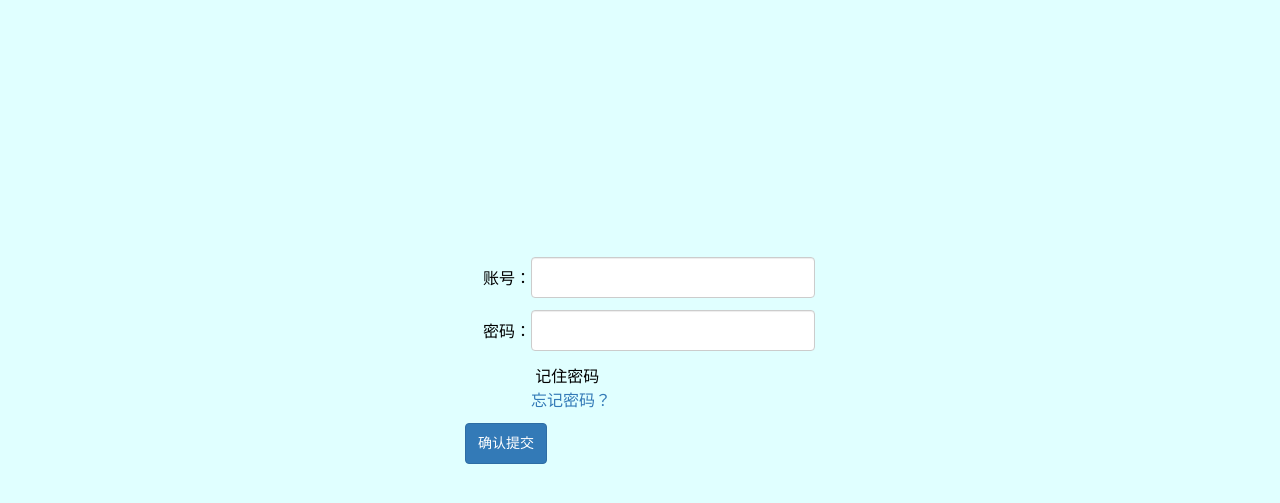
Repository: DeeFromChina/wechat
Page: http://localhost/wechat/jsp/login/login.jsp
These files come from the project's save history. The page is drawn as it stood at one moment and after the next save; the edit follows.
The browser window is 1280 px wide. The pictures show the whole page.
The page is served by Tomcat 9. Other server files are loaded and not shown.

Above is the page before, as saved 2018-02-12 08:04:08.

### wechat/web/jsp/login/login.jsp
<%@ page language="java" import="java.util.*" pageEncoding="UTF-8"%>

<!DOCTYPE HTML PUBLIC "-//W3C//DTD HTML 4.01 Transitional//EN">
<html>
<head>
<%@include file="../common/common.jsp"%>
<title></title>
<meta name="viewport" content="width=device-width, initial-scale=1" />
<link rel="stylesheet" href="<%=baseCss %>login/login.css?randomId=<%=Math.random()%>" type="text/css"/>
</head>
<script src="<%=baseJs %>web-frame/jquery.cookie.js?randomId=<%=Math.random()%>"></script>
<script src="<%=baseJs %>login/login.js?randomId=<%=Math.random()%>"></script>
<body bgcolor="#E0FFFF">
	<form id="dataForm">
		<table class="login-top">
			<tr>
				<td class="textR wi50">
					<font class="font-14">账号：</font>
				</td>
				<td class="wi75">
					<input type="text" id="name" name="name" class="form-control" onkeydown="enter(event)">
				</td>
			</tr>
			<tr>
				<td class="textR">
					<font class="font-14">密码：</font>
				</td>
				<td>
					<input type="password" id="password" name="password" class="form-control input-class" onkeydown="enter(event)">
				</td>
			</tr>
			<tr>
				<td/>
				<td>
					<div class="w70 h41 floatL">
						<input type="hidden" id="remeberId" value="1" />
						<img id="remeber" class="remeberImg" onclick="changeRemeber()" />
						<font class="font-14 color9A9A9A">记住密码</font>
					</div>
					<div class="w70 h41 floatL">
						<a onclick="" class="font-14 color00B38A hand">
							忘记密码？
						</a>
					</div>
				</td>
			</tr>
			<tr>
				<td colspan="2">
					<button type="button" class="btn btn-primary submitBtn" onclick="goSubmit()">
						确认提交
					</button>
				</td>
			</tr>
		</table>
	</form>
</body>
</html>

### wechat/web/jsp/common/common.jsp
<%@ page language="java" import="java.util.*" pageEncoding="UTF-8"%>
<%
response.setHeader("Cache-Control","no-store");
response.setHeader("Pragrma","no-cache");
response.setDateHeader("Expires",0);
String basePath = request.getContextPath();
String baseJs = request.getContextPath() + "/js/";
String baseCss = request.getContextPath() + "/css/";
String baseJsp = request.getContextPath() + "/jsp/";
String baseImg = request.getContextPath() + "/img/";
%>
<!DOCTYPE HTML PUBLIC "-//W3C//DTD HTML 4.01 Transitional//EN">
<html>
<head>
<title>wechat</title>
<meta http-equiv="expires" content="0">
<meta http-equiv="keywords" content="keyword1,keyword2,keyword3">
<meta http-equiv="description" content="This is my page">
<meta http-equiv="Pragma" content="no-cache">
<meta http-equiv="Cache-control" content="no-cache">
<meta http-equiv="Cache" content="no-cache">
<link href="<%=baseCss %>web-frame/bootstrap.min.css?randomId=<%=Math.random()%>" rel="stylesheet">
<link href="<%=baseCss %>web-frame/base.css?randomId=<%=Math.random()%>" rel="stylesheet">
<link href="<%=baseCss %>web-frame/bootstrap-datetimepicker.min.css?randomId=<%=Math.random()%>" rel="stylesheet" />
<link href="<%=baseCss %>common/common.css?randomId=<%=Math.random()%>" type="text/css"/>
</head>
<script src="<%=baseJs %>web-frame/jquery-3.1.1.min.js?randomId=<%=Math.random()%>" type="text/javascript"></script>
<script src="<%=baseJs %>web-frame/jquery-ui.min.js?randomId=<%=Math.random()%>"></script>
<script src="<%=baseJs %>web-frame/bootstrap.js?randomId=<%=Math.random()%>"></script>
<script src="<%=baseJs %>web-frame/bootstrap-datetimepicker.js?randomId=<%=Math.random()%>" type="text/javascript"></script>
<script src="<%=baseJs %>web-frame/bootstrap-datetimepicker.zh-CN.js?randomId=<%=Math.random()%>" type="text/javascript"></script>
<script src="<%=baseJs %>web-frame/ajaxfileupload.js?randomId=<%=Math.random()%>" type="text/javascript"></script>
<script src="<%=baseJs %>common/form.js?randomId=<%=Math.random()%>" type="text/javascript"></script>
<script src="<%=baseJs %>common/page.js?randomId=<%=Math.random()%>" type="text/javascript"></script>
<script src="<%=baseJs %>common/dictionaries.js?randomId=<%=Math.random()%>" type="text/javascript"></script>
<script src="<%=baseJs %>common/ajaxSubmit.js?randomId=<%=Math.random()%>" type="text/javascript"></script>
<script src="<%=baseJs %>common/common.js?randomId=<%=Math.random()%>" type="text/javascript"></script>
<script src="<%=baseJs %>common/checkUtil.js?randomId=<%=Math.random()%>" type="text/javascript"></script>
<script src="<%=baseJs %>common/VCode.js?randomId=<%=Math.random()%>" type="text/javascript"></script>
<script src="<%=baseJs %>common/checkbox.js?randomId=<%=Math.random()%>" type="text/javascript"></script>
<script language="javascript">
</script>
<body>
<input type="button" id="closeListenerBtn" class="hide" onclick="closedialog()"/>
</body>
</html>

### wechat/web/css/web-frame/base.css
input:focus{
	-webkit-transition:border linear .2s,-webkit-box-shadow linear .5s;
	border:1px #CCCCCC solid;
	-webkit-box-shadow:0 0 0px rgba(255,255,255);
	outline:none;
}
button{
	height:41px;
}
button:focus{
	outline:none;
}
.btn-primary:hover{
	-webkit-box-shadow:0 0 0px rgba(255,255,255);
	border:1px #00B389 solid;
}
.textL {
	align: left;
	text-align: left;
}

.textR {
	align: right;
	text-align: right;
}

.textC {
	align: center;
	text-align: center;
}

.triangle-up {
	width: 0;
	height: 0;
	border-left: 5px solid transparent;
	border-right: 5px solid transparent;
	border-bottom: 10px solid #00B38A;
}
.triangle-down {
	width: 0;
	height: 0;
	border-left: 5px solid transparent;
	border-right: 5px solid transparent;
	border-top: 10px solid #FFF;
}
.triangle-left {
	width: 0;
	height: 0;
	border-top: 5px solid transparent;
	border-bottom: 5px solid transparent;
	border-right: 10px solid #00B38A;
}
.circleA {
    width: 15px;
    height: 15px;
    background: #00B38A;
    -moz-border-radius: 5px;
    -webkit-border-radius: 5px;
    border-radius: 10px;
}
.circleB {
    width: 15px;
    height: 15px;
    -moz-border-radius: 5px;
    -webkit-border-radius: 5px;
    border-radius: 10px;
    border:1px #999999 solid;
}
.top-button{
	height:59px !important;
	width:100px;
	line-height:50px;
	text-align:center;
	color:#FFF !important;
	background-color:#000 !important;
}

### wechat/web/js/common/form.js
var form = function(param){
	this.value = param.value;
	this.id    = param.id;

	f = this;

	this.sys = function(){
		alert(this.value);
	}
}

### wechat/web/js/common/page.js
/**
 *
 * 1使用攻略
 *
 * */
var pages = {
		"imgPath":"/hibernateMvc/img/",
		1:"login/use_strategy.jsp",
		2:"user_question.jsp",
		3:"firm_strategy.jsp",
		4:"mainfirm_question.jsp",
		5:"maincontact_assistant.jsp",
		6:"login/loginPC.jsp",
		7:"login/registerPC.jsp"
	};

### wechat/web/js/common/dictionaries.js
var urlPrefix = window.location.origin;
var projectName = "/hibernateMvc/";
var jspPath = urlPrefix+projectName+"autojsp/";
var rootPath = urlPrefix+projectName;
var doc = document;
var map = {};

var companyNature = "["
				+"{\"id\":\"1\",\"value\":\"创业公司\"},"
				+"{\"id\":\"2\",\"value\":\"上市企业\"},"
				+"{\"id\":\"3\",\"value\":\"国营企业\"},"
				+"{\"id\":\"4\",\"value\":\"外资企业\"},"
				+"{\"id\":\"5\",\"value\":\"政府机构\"}"
				+"]";
var companyScale = "["
				+"{\"id\":\"1\",\"value\":\"少于50人\"},"
				+"{\"id\":\"2\",\"value\":\"50-100人\"},"
				+"{\"id\":\"3\",\"value\":\"100-500人\"},"
				+"{\"id\":\"4\",\"value\":\"500-1000人\"},"
				+"{\"id\":\"5\",\"value\":\"1000人以上\"}"
				+"]";
var education = "["
				+"{\"id\":\"1\",\"value\":\"博士\"},"
				+"{\"id\":\"2\",\"value\":\"硕士\"},"
				+"{\"id\":\"3\",\"value\":\"研究生\"},"
				+"{\"id\":\"4\",\"value\":\"本科\"},"
				+"{\"id\":\"5\",\"value\":\"专科\"},"
				+"{\"id\":\"6\",\"value\":\"高中\"},"
				+"{\"id\":\"7\",\"value\":\"其他\"}"
				+"]";
var workTime = "["
				+"{\"id\":\"2\",\"value\":\"3年以下\"},"
				+"{\"id\":\"3\",\"value\":\"3年\"},"
				+"{\"id\":\"4\",\"value\":\"4年\"},"
				+"{\"id\":\"5\",\"value\":\"5年\"},"
				+"{\"id\":\"6\",\"value\":\"6年\"},"
				+"{\"id\":\"7\",\"value\":\"7年\"},"
				+"{\"id\":\"8\",\"value\":\"8年\"},"
				+"{\"id\":\"9\",\"value\":\"9年\"},"
				+"{\"id\":\"10\",\"value\":\"10年\"},"
				+"{\"id\":\"11\",\"value\":\"10年以上\"}"
				+"]";
var currency = "["
				+"{\"id\":\"1\",\"value\":\"人民币\"},"
				+"{\"id\":\"2\",\"value\":\"港币\"},"
				+"{\"id\":\"3\",\"value\":\"新台币\"},"
				+"{\"id\":\"4\",\"value\":\"美金\"}"
				+"]";

### wechat/web/js/common/ajaxSubmit.js
$.fn.serializeObject = function() {
	var data = {};
	var a = this.serializeArray();
	$.each(a, function() {
		if (data[this.name]) {
			if (!data[this.name].push) {
				data[this.name] = [ data[this.name] ];
			}
			data[this.name].push(this.value || '');
		} else {
			data[this.name] = this.value || '';
		}
	});
	dataForm = data;
	return data;
}

$.fn.populateForm = function(data){
    return this.each(function(){
        var formElem, name;
        if(data == null){this.reset(); return; }
        for(var i = 0; i < this.length; i++){
            formElem = this.elements[i];
            //checkbox的name可能是name[]数组形式
            name = (formElem.type == "checkbox")? formElem.name.replace(/(.+)\[\]$/, "$1") : formElem.name;
            if(data[name] == undefined) continue;
            switch(formElem.type){
                case "checkbox":
                    if(data[name] == ""){
                        formElem.checked = false;
                    }else{
                        //数组查找元素
                        if(data[name].indexOf(formElem.value) > -1){
                            formElem.checked = true;
                        }else{
                            formElem.checked = false;
                        }
                    }
                break;
                case "radio":
                    if(data[name] == ""){
                        formElem.checked = false;
                    }else if(formElem.value == data[name]){
                        formElem.checked = true;
                    }
                break;
                case "button": break;
                default: formElem.value = data[name];
            }
        }
    });
};

function ajaxSumbit(urllink, formId, index) {
	var link = projectName + urllink;
	var formIndex = "";
	if(formId != undefined && formId != ""){
		formIndex = "#" + formId;
	}
	var dataResult;
	$.ajax({
		url : link, // 自行按需配置好完整的url，包括ip和端口号
		type : "POST",
		datatype : "text",
		data : JSON.stringify($(formIndex).serializeObject()),
		contentType : "application/json",
		async:false,
		error: function(request) {
            alert("Connection error");
        },
        success: function(result) {
        	console.log(link);
        	console.log(result);
        	returnSuccess(link,formId,index,result);
        }
	});
}
function fileUpload(urllink, formId, files, index) {
	var obj = $("#"+formId).serializeObject();
	var str = "";
	for(var o in obj){
		str += "&"+o+"="+obj[o];
	}
	var link = projectName + urllink + str;
	var dataResult;
    $.ajaxFileUpload( {
        url : link,     //用于文件上传的服务器端请求地址
        secureuri : false,            //一般设置为false
        fileElementId : files,        //文件上传的id属性  <input type="file" id="file" name="file" />
        dataType : 'json',            //返回值类型 一般设置为json
        type : 'POST',
        error: function(result) {
            alert("Connection error");
        },
        success : function(result) {
        	console.log(link);
        	console.log(result);
        	returnSuccess(link,formId,index,result);
        }
    });
}
function returnSuccess(link,formId,index,result){
	if(result == undefined){
		alert("数据错误！");
	}
	if(result == 'unlogin'){
		alert("请重新登陆！");
		top.location.href = rootPath+"index.jsp";
	}
	if(result.msg != undefined){
		alert(result.msg);
		dataResult = undefined;
		return;
	}
	if(result.status == '1'){
		alert("数据错误！");
	}
	if(result.status == '2'){
		if(result.data[2].toString() != ''){
			alert(result.data[2]);
		}
		map["param"] = result.data[1];
		parent.$('#mainFrame').attr("src",jspPath+result.data[0]);
	}
	if(result.status == '3'){
		if(result.data[2].toString() != ''){
			alert(result.data[2]);
		}
		map["param"] = result.data[1];
		top.location.href = jspPath+result.data[0];
	}
	dataResult = result.data;
	if(dataResult == 'normal'){
		dataResult = undefined;
		return;
	}
	if(index != undefined){
		goSuccess(dataResult, index);
	}
}

### wechat/web/js/common/checkUtil.js
function checkValidateCode(checkInputId){
	if($("#"+checkInputId).val() == undefined || $("#"+checkInputId).val() == ""){
		alert("请输入验证码!");
		return false;
	}
	var isPass = validateCode.verify($("#"+checkInputId).val());
	if(!isPass){
		validateCode.update();
		alert("验证码错误，请重新输入!");
		return false;
	}
	return true;
}

function isEmpty(val,name,isEmpty){
	if(!isEmpty){
		if(val == ''){
			alert("请输入"+name);
			return false;
		}
	}
	return true;
}

/*用于校验对象是否为空，空就返回空字符串*/
function returnString(obj){
	return obj == undefined ? "" : obj;
}
function isNull(obj){
	if(obj != undefined && obj != null && obj != ""){
		return false;
	}
	return true;
}

function checkInput(val,name,len,isNull){
	if(!isEmpty(val,name,isNull)) return false;
	if(val.length > len){
		alert(name+"长度过长");
		return false;
	}
	return true;
}

function isEmail(val,name,isNull){
	if(!isEmpty(val,name,isNull)) return false;

	if(val != '') {
		var reg=/^([a-zA-Z0-9_-])+@([a-zA-Z0-9_-])+((\.[a-zA-Z0-9_-]{2,3}){1,2})$/;
		if(!reg.test(val)){
			alert("输入电子邮件格式不正确!");
			return false;
		}
	}
	return true;
}

function checkpsw(val,name,slen,blen,isNull){
	if(!isEmpty(val,name,isNull)) return false;
	if(val.length > slen || val.length < blen){
		alert(name+"长度要在"+slen+"~"+blen+"之间");
		return false;
	}
	return true;
}

function checkNum(val,name,len,isNull){
	if(!isEmpty(val,name,isNull)) return false;
	if(val != ''){
		if(isNaN(val)){
			alert(name+"不是数字形式！");
			return false;
		}
	}
	if(val.length > len){
		alert(name+"长度过长");
		return false;
	}
	return true;
}
/*判断是否数字,不允许数字以外的字符输入,配合onkeydown使用(noNumbers(event))*/
function noNumbers(e){
	var keynum;
	var keychar;
	var numcheck;

	 // IE
	if(window.event){
		keynum = e.keyCode
	}
	else if(e.which){ // Netscape/Firefox/Opera
		keynum = e.which
	}
	keychar = String.fromCharCode(keynum);
	numcheck = /\d/;
	return !numcheck.test(keychar);
}
function checkFile(elementId,type){
	var filepath = $('#'+elementId).val().split(".");
	var pressless = "";
	var msg = "";
	pressless = filepath[filepath.length-1];
	if(pressless == undefined){
		msg = "请上传正确格式的文件!";
	}else if(type == "photo"){
		if(pressless != 'jpg' && pressless != 'png' && pressless != 'gif'){
			msg = "请上传图片类型文件！";
		}
	}
	if(msg != ""){
		$('#'+elementId).val("");
		alert(msg);
		return false;
	}else{
		return true;
	}
}
function BrowserType(){
    var userAgent = navigator.userAgent; //取得浏览器的userAgent字符串
    var isOpera = userAgent.indexOf("Opera") > -1; //判断是否Opera浏览器
    var isIE = userAgent.indexOf("compatible") > -1 && userAgent.indexOf("MSIE") > -1 && !isOpera; //判断是否IE浏览器
    var isEdge = userAgent.indexOf("Windows NT 6.1; Trident/7.0;") > -1 && !isIE; //判断是否IE的Edge浏览器
    var isFF = userAgent.indexOf("Firefox") > -1; //判断是否Firefox浏览器
    var isSafari = userAgent.indexOf("Safari") > -1 && userAgent.indexOf("Chrome") == -1; //判断是否Safari浏览器
    var isChrome = userAgent.indexOf("Chrome") > -1 && userAgent.indexOf("Safari") > -1; //判断Chrome浏览器

	if (isIE){
		var reIE = new RegExp("MSIE (\\d+\\.\\d+);");
		reIE.test(userAgent);
		var fIEVersion = parseFloat(RegExp["$1"]);
		if(fIEVersion == 7)  { return "IE7";}
		else if(fIEVersion == 8)  { return "IE8";}
		else if(fIEVersion == 9)  { return "IE9";}
		else if(fIEVersion == 10) { return "IE10";}
		else if(fIEVersion == 11) { return "IE11";}
		else { return "0"}//IE版本过低
	}//isIE end

    if (isFF) {  return "FF";}
    if (isOpera) {  return "Opera";}
    if (isSafari) {  return "Safari";}
    if (isChrome) { return "Chrome";}
    if (isEdge) { return "Edge";}
 }

### wechat/web/js/common/VCode.js
function createValidateCode(codeName){
    var container = document.getElementById(codeName);
    var code = new vCode(container, {
        len: 4,
        bgColor: "#444444",
        colors: [
            "#DDDDDD",
            "#DDFF77",
            "#77DDFF",
            "#99BBFF",
            //"#7700BB",
            "#EEEE00"
        ]
    });
    return code;
}
(function(){
var randstr = function(length){
var key = {

    str : [
        'a','b','c','d','e','f','g','h','i','j','k','l','m',
        'o','p','q','r','s','t','x','u','v','y','z','w','n',
        '0','1','2','3','4','5','6','7','8','9'
    ],

    randint : function(n,m){
        var c = m-n+1;
        var num = Math.random() * c + n;
        return  Math.floor(num);
    },

    randStr : function(){
        var _this = this;
        var leng = _this.str.length - 1;
        var randkey = _this.randint(0, leng);
        return _this.str[randkey];
    },

    create : function(len){
        var _this = this;
        var l = len || 10;
        var str = '';

        for(var i = 0 ; i<l ; i++){
            str += _this.randStr();
        }

        return str;
    }

};

length = length ? length : 10;

return key.create(length);
};

var randint = function(n,m){
var c = m-n+1;
var num = Math.random() * c + n;
return  Math.floor(num);
};

var vCode = function(dom, options){
this.codeDoms = [];
this.lineDoms = [];
this.initOptions(options);
this.dom = dom;
this.init();
this.addEvent();
this.update();
this.mask();
};

vCode.prototype.init = function(){
this.dom.style.position = "relative";
this.dom.style.overflow = "hidden";
this.dom.style.cursor = "pointer";
this.dom.title = "点击更换验证码";
this.dom.style.background = this.options.bgColor;
this.w = this.dom.clientWidth;
this.h = this.dom.clientHeight;
this.uW = this.w / this.options.len;
};

vCode.prototype.mask = function(){
var dom = document.createElement("div");
dom.style.cssText = [
    "width: 100%",
    "height: 100%",
    "left: 0",
    "top: 0",
    "position: absolute",
    "cursor: pointer",
    "z-index: 9999999"
].join(";");

dom.title = "点击更换验证码";

this.dom.appendChild(dom);
};

vCode.prototype.addEvent = function(){
var _this = this;
_this.dom.addEventListener("click", function(){
    _this.update.call(_this);
});
};

vCode.prototype.initOptions = function(options){

var f = function(){
    this.len = 4;
    this.fontSizeMin = 20;
    this.fontSizeMax = 48;
    this.colors = [
        "green",
        "red",
        "blue",
        "#53da33",
        "#AA0000",
        "#FFBB00"
    ];
    this.bgColor = "#FFF";
    this.fonts = [
        "Times New Roman",
        "Georgia",
        "Serif",
        "sans-serif",
        "arial",
        "tahoma",
        "Hiragino Sans GB"
    ];
    this.lines = 8;
    this.lineColors = [
        "#888888",
        "#FF7744",
        "#888800",
        "#008888"
    ];

    this.lineHeightMin = 1;
    this.lineHeightMax = 3;
    this.lineWidthMin = 1;
    this.lineWidthMax = 60;
};

this.options = new f();

if(typeof options === "object"){
    for(i in options){
        this.options[i] = options[i];
    }
}
};

vCode.prototype.update = function(){
for(var i=0; i<this.codeDoms.length; i++){
    this.dom.removeChild(this.codeDoms[i]);
}
for(var i=0; i<this.lineDoms.length; i++){
    this.dom.removeChild(this.lineDoms[i]);
}
this.createCode();
this.draw();
};

vCode.prototype.createCode = function(){
this.code = randstr(this.options.len);
};

vCode.prototype.verify = function(code){
	return this.code === code;
};

vCode.prototype.realcode = function(){
	return this.code;
};

vCode.prototype.draw = function(){
this.codeDoms = [];
for(var i=0; i<this.code.length; i++){
    this.codeDoms.push(this.drawCode(this.code[i], i));
}

this.drawLines();
};

vCode.prototype.drawCode = function(code, index){
var dom = document.createElement("span");

dom.style.cssText = [
    "font-size:" + randint(this.options.fontSizeMin, this.options.fontSizeMax) + "px",
    "color:" + this.options.colors[randint(0,  this.options.colors.length - 1)],
    "position: absolute",
    "left:" + randint(this.uW * index, this.uW * index + this.uW - 10) + "px",
    "top:" + randint(0, this.h - 30) + "px",
    "transform:rotate(" + randint(-30, 30) + "deg)",
    "-ms-transform:rotate(" + randint(-30, 30) + "deg)",
    "-moz-transform:rotate(" + randint(-30, 30) + "deg)",
    "-webkit-transform:rotate(" + randint(-30, 30) + "deg)",
    "-o-transform:rotate(" + randint(-30, 30) + "deg)",
    "font-family:" + this.options.fonts[randint(0, this.options.fonts.length - 1)],
    "font-weight:" + randint(400, 900)
].join(";");

dom.innerHTML = code;
this.dom.appendChild(dom);

return dom;
};

vCode.prototype.drawLines = function(){
this.lineDoms = [];
for(var i=0; i<this.options.lines; i++){
    var dom = document.createElement("div");

    dom.style.cssText = [
        "position: absolute",
        "opacity: " + randint(3, 8) / 10,
        "width:" + randint(this.options.lineWidthMin, this.options.lineWidthMax) + "px",
        "height:" + randint(this.options.lineHeightMin, this.options.lineHeightMax) + "px",
        "background: " + this.options.lineColors[randint(0, this.options.lineColors.length - 1)],
        "left:" + randint(0, this.w - 20) + "px",
        "top:" + randint(0, this.h) + "px",
        "transform:rotate(" + randint(-30, 30) + "deg)",
        "-ms-transform:rotate(" + randint(-30, 30) + "deg)",
        "-moz-transform:rotate(" + randint(-30, 30) + "deg)",
        "-webkit-transform:rotate(" + randint(-30, 30) + "deg)",
        "-o-transform:rotate(" + randint(-30, 30) + "deg)",
        "font-family:" + this.options.fonts[randint(0, this.options.fonts.length - 1)],
        "font-weight:" + randint(400, 900)
    ].join(";");
    this.dom.appendChild(dom);

    this.lineDoms.push(dom);
}
};

this.vCode = vCode;

}).call(this);

### wechat/web/css/login/login.css
.login-top{
	width: 100%;
	border-collapse:separate;
	border-spacing:0px 12.5px;
}
#dataForm{
	width:350px;
}

### wechat/web/js/login/login.js
$(window).resize(function(){
    $("#dataForm").css({
        position: "absolute",
        left: ($(window).width() - $("#dataForm").outerWidth())/2,
        top: ($(window).height() - $("#dataForm").outerHeight())/2
    });
});
$(function(){
	console.log($(window).width());
	console.log($("#dataForm").outerWidth());
    $(window).resize();
});

Loaded but not shown: wechat/web/css/web-frame/bootstrap.min.css (library); wechat/web/css/web-frame/bootstrap-datetimepicker.min.css (library); wechat/web/js/web-frame/jquery-3.1.1.min.js (library); wechat/web/js/web-frame/jquery-ui.min.js (library); wechat/web/js/web-frame/bootstrap.js (library); wechat/web/js/web-frame/bootstrap-datetimepicker.js (library); wechat/web/js/web-frame/bootstrap-datetimepicker.zh-CN.js (common file); wechat/web/js/web-frame/jquery.cookie.js (library); wechat/web/js/common/common.js (500 lines, source omitted); wechat/web/js/web-frame/ajaxfileupload.js (244 lines, source omitted); wechat/web/js/common/checkbox.js (267 lines, source omitted)

After the next save:
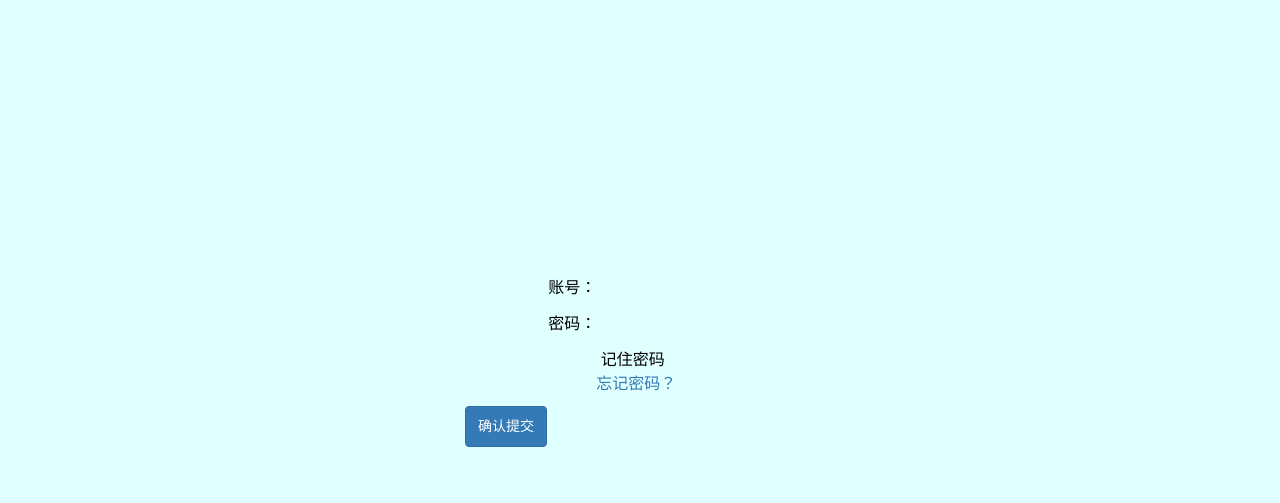
Saved 25 s later.
--- a/wechat/web/jsp/login/login.jsp
+++ b/wechat/web/jsp/login/login.jsp
@@ -18,7 +18,7 @@
 					<font class="font-14">账号：</font>
 				</td>
 				<td class="wi75">
-					<input type="text" id="name" name="name" class="form-control" onkeydown="enter(event)">
+					<!-- <input type="text" id="name" name="name" class="form-control" onkeydown="enter(event)"> -->
 				</td>
 			</tr>
 			<tr>
@@ -26,7 +26,7 @@
 					<font class="font-14">密码：</font>
 				</td>
 				<td>
-					<input type="password" id="password" name="password" class="form-control input-class" onkeydown="enter(event)">
+					<!-- <input type="password" id="password" name="password" class="form-control input-class" onkeydown="enter(event)"> -->
 				</td>
 			</tr>
 			<tr>

After the save that followed:
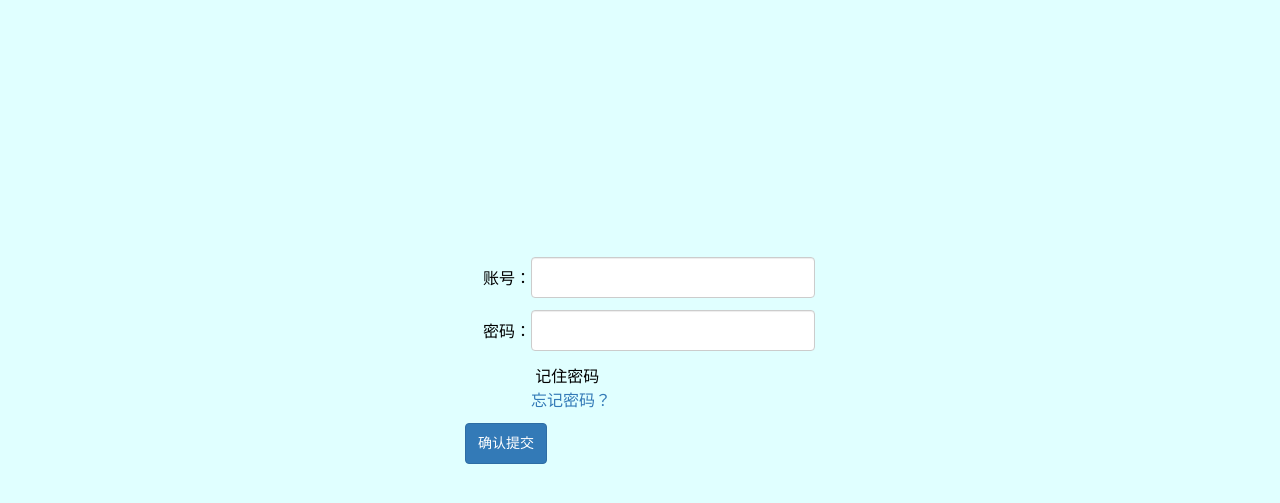
Saved 17 s later.
--- a/wechat/web/jsp/login/login.jsp
+++ b/wechat/web/jsp/login/login.jsp
@@ -13,12 +13,14 @@
 <body bgcolor="#E0FFFF">
 	<form id="dataForm">
 		<table class="login-top">
+			<col class="wi25"/>
+			<col class="wi75"/>
 			<tr>
-				<td class="textR wi50">
+				<td class="textR">
 					<font class="font-14">账号：</font>
 				</td>
 				<td class="wi75">
-					<!-- <input type="text" id="name" name="name" class="form-control" onkeydown="enter(event)"> -->
+					<input type="text" id="name" name="name" class="form-control" onkeydown="enter(event)">
 				</td>
 			</tr>
 			<tr>
@@ -26,7 +28,7 @@
 					<font class="font-14">密码：</font>
 				</td>
 				<td>
-					<!-- <input type="password" id="password" name="password" class="form-control input-class" onkeydown="enter(event)"> -->
+					<input type="password" id="password" name="password" class="form-control input-class" onkeydown="enter(event)">
 				</td>
 			</tr>
 			<tr>
